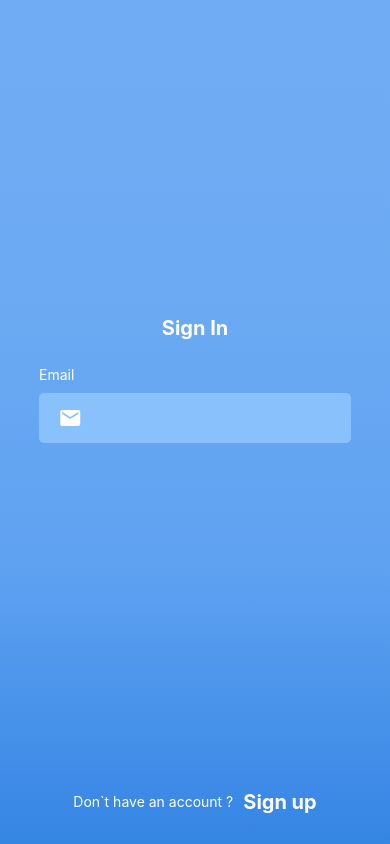
Repository: kamarajcalm/loginpage
Screen: /
An editor plug-in stored every save of this project. The screen is shown before and after the next save, followed by the edit.
The app was drawn by React Native's web renderer in a window 390 px wide. The project was rebuilt for these pictures with package versions that can differ from the ones it lists, and the page was loaded fresh each time.

Above is the screen before, as saved 2021-12-26 00:07:04.

### App.js
import { StatusBar } from 'expo-status-bar';
import { StyleSheet, Text, View, TouchableOpacity, Dimensions } from 'react-native';
import { LinearGradient } from 'expo-linear-gradient';
const { height, width } = Dimensions.get("window")
import { MaterialCommunityIcons } from '@expo/vector-icons';
export default function App() {
  return (
    <LinearGradient style={styles.container}
      colors={["#70ACF4", '#6CAAF3', "#5FA2F1", "#3585E4",]}
    >

      <StatusBar style="auto" />

      <View style={styles.content}>
        <View style={[styles.center]}>
          <Text style={[styles.textwithBold]}>Sign In</Text>
        </View>

        <View style={[styles.textInputContainer]}>
          <View>
            <Text style={styles.text}>Email</Text>
          </View>
          <View style={[styles.textBox]}>
            <View style={[styles.iconContainer]}>
              <MaterialCommunityIcons name="email" size={24} color="#fff" />
            </View>
            <View style={[styles.textInput]}>

            </View>
          </View>
        </View>
      </View>
      <View style={styles.footer}>
        <View>
          <Text style={styles.text}>Don`t have an account ?</Text>
        </View>
        <TouchableOpacity style={{ marginLeft: 10 }}>
          <Text style={[styles.textwithBold]}>Sign up</Text>
        </TouchableOpacity>
      </View>
    </LinearGradient>
  );
}

const styles = StyleSheet.create({
  container: {
    flex: 1,

  },
  textInputContainer: {
    paddingHorizontal: width * 0.1,
    marginTop: height * 0.03
  },
  center: {
    alignItems: "center",
    justifyContent: "center"
  },
  content: {
    flex: 0.9,
    justifyContent: "center"
  },
  footer: {
    flex: 0.1,
    flexDirection: "row",
    alignItems: "center",
    justifyContent: "center"
  },
  textBox: {
    height: height * 0.06,
    width: width * 0.8,
    flexDirection: "row",
    backgroundColor: "#89C1FD",
    marginTop: 10,
    borderRadius: 5
  },
  text: {
    color: "#fff"
  },
  textwithBold: {
    color: "#fff",
    fontWeight: "bold",
    fontSize: 20
  },
  iconContainer: {
    flex: 0.2,
    alignItems: "center",
    justifyContent: "center"
  },
  textInput: {
    flex: 0.8,
  }
});

After the next save:
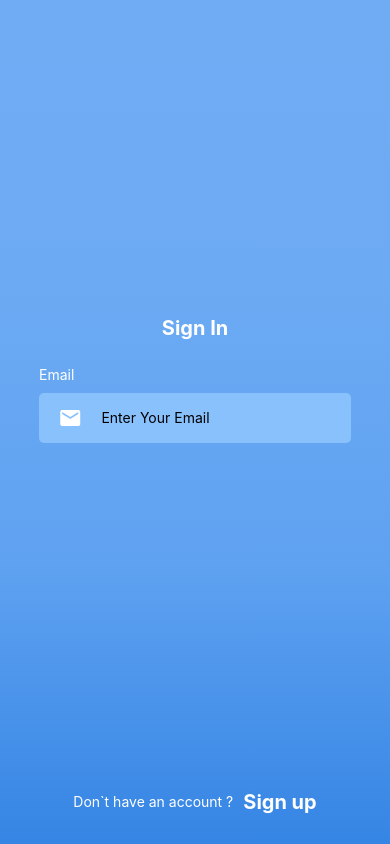
Saved 45 s later.
--- a/App.js
+++ b/App.js
@@ -1,5 +1,5 @@
 import { StatusBar } from 'expo-status-bar';
-import { StyleSheet, Text, View, TouchableOpacity, Dimensions } from 'react-native';
+import { StyleSheet, Text, View, TouchableOpacity, Dimensions, TextInput } from 'react-native';
 import { LinearGradient } from 'expo-linear-gradient';
 const { height, width } = Dimensions.get("window")
 import { MaterialCommunityIcons } from '@expo/vector-icons';
@@ -24,9 +24,13 @@ export default function App() {
             <View style={[styles.iconContainer]}>
               <MaterialCommunityIcons name="email" size={24} color="#fff" />
             </View>
-            <View style={[styles.textInput]}>
+            <TextInput
+              style={[styles.textInput]}
+              placeholder='Enter Your Email'
 
-            </View>
+            />
+
+
           </View>
         </View>
       </View>
